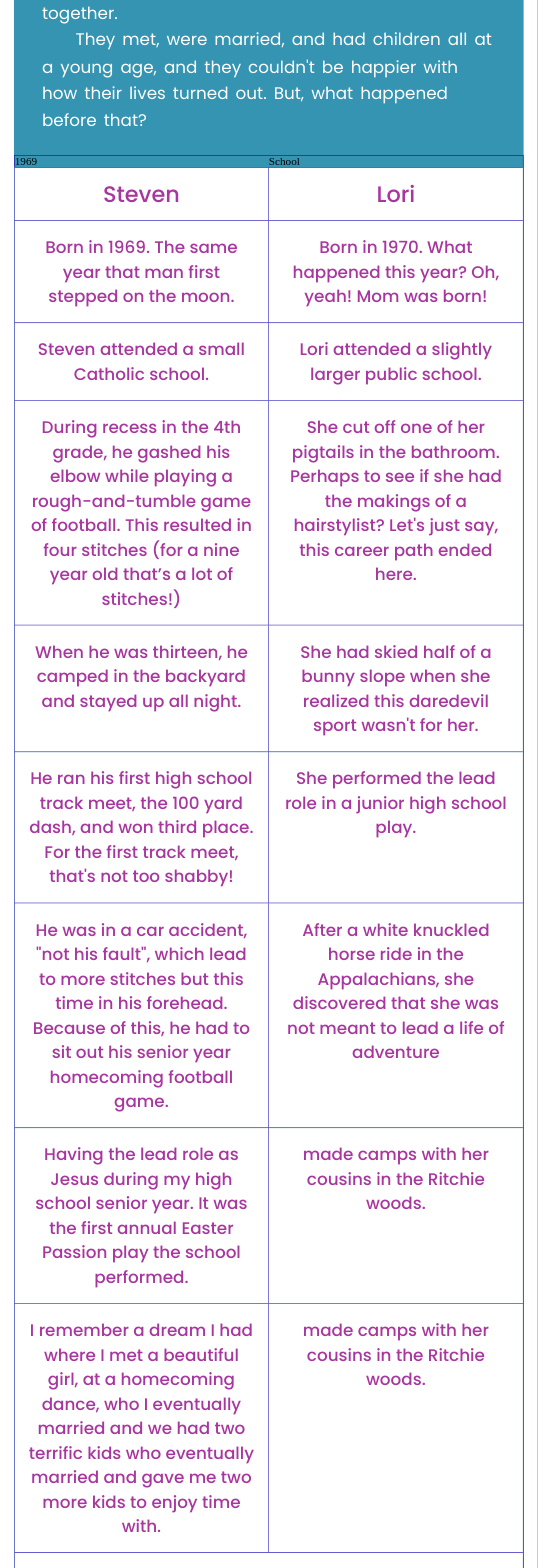
Repository: Sbethm/parents-tribute
Page: timeline.html
An editor plug-in stored every save of this project. The page is shown before and after the next save, followed by the edit.
The browser window is 768 px wide. The pictures show the part of the page from y = 441 to 2681 px (the page is 4001 px tall before and 2387 px after), at 70% of full size.

Above is the page before, as saved 2021-02-24 13:12:56.

### timeline.html
<!DOCTYPE html>
<html>
    <head>
      <meta charset="UTF-8">
      <title>Before They Met</title>
      <meta name="description" content="A choose your own story adventure game">
      <meta name="viewport" content="width=device-width, initial-scale=1.0">
      <link rel="preconnect" href="https://fonts.gstatic.com">
      <link href="https://fonts.googleapis.com/css2?family=Poppins:ital,wght@0,400;0,500;0,600;0,700;0,800;0,900;1,400;1,500;1,600;1,700;1,800;1,900&family=Sora:wght@400;500;600;700;800&display=swap" rel="stylesheet"> <!--
        This is used for headings:
        font-family: 'Sora', sans-serif;
        This is used for content:
        font-family: 'Poppins', sans-serif;-->
      <link href="style.css" type="text/css" rel="stylesheet">
    </head>

    <body>
      <header>
        <h1>Meet the Parents</h1>
        <nav class="navigation">
          <a href="timeline.html">Before They Met</a>
          <a class= "a--border" href="index.html">Meet the Parents</a>
          <a href="lesson.html">The Lesson</a>
          </nav>
      </header>
      <main>
        <h2>Before They Met</h2>
        <p class="p--first">My parents were married at a young age. So, many of the stories they share are about their lives together.</p>
        <p class="p--last">They met, were married, and had children all at a young age, and they couldn't be happier with how their lives turned out. But, what happened before that?</p>
        <div class="grid--timeline">
            <div class="grid__box--timeline dad">Steven</div>
            <div class="grid__box--timeline mom">Lori</div>
            <!---------Dad's Grid Boxes---------->
            <div class="grid__box--timeline f-1">Born in 1969. The same year that man  first stepped on the moon.</div>
            <div class="grid__box--timeline f-2">Steven attended a small Catholic school.</div>
            <div class="grid__box--timeline f-3">During recess in the 4th grade, he gashed his elbow while playing a rough-and-tumble game of football. This resulted in four stitches (for a nine year old that’s a lot of stitches!)</div>
            <div class="grid__box--timeline f-4">When he was thirteen, he camped in the backyard and stayed up all night.</div>
            <div class="grid__box--timeline f-5">He ran his first high school track meet, the 100 yard dash, and won third place. For the first track meet, that's not too shabby!</div>
            <div class="grid__box--timeline f-6">He was in a car accident, "not his fault", which lead to more stitches but this time in his forehead. Because of this, he had to sit out his senior year homecoming football game.</div>
            <div class="grid__box--timeline f-7">Having the lead role as Jesus during my high school senior year. It was the first annual Easter Passion play the school performed.</div>
            <div class="grid__box--timeline f-8">I remember a dream I had where I met a beautiful girl, at a homecoming dance, who I eventually married and we had two terrific kids who eventually married and gave me two more kids to enjoy time with.</div>
            <!---------Dad's Grid Box Covers----->
            <div class="cover__left f-1__cover">1969</div>
            <div class="cover__left  f-2__cover">School</div>
            <div class="cover__left  f-3__cover"></div>
            <div class="cover__left  f-4__cover"></div>
            <div class="cover__left  f-5__cover"></div>
            <div class="cover__left  f-6__cover"></div>
            <div class="cover__left  f-7__cover"></div>
            <div class="cover__left  f-8__cover"></div>
            <!---------Mom's Grid Boxes---------->
            <div class="grid__box--timeline m-1">Born in 1970. What happened this year? Oh, yeah! Mom was born!</div>
            <div class="grid__box--timeline m-2">Lori attended a slightly larger public school.</div>
            <div class="grid__box--timeline m-3">She cut off one of her pigtails in the bathroom. Perhaps to see if she had the makings of a hairstylist? Let's just say, this career path ended here.</div>
            <div class="grid__box--timeline m-4">She had skied half of a bunny slope when she realized this daredevil sport wasn't for her.</div>
            <div class="grid__box--timeline m-5">She performed the lead role in a junior high school play.</div>
            <div class="grid__box--timeline m-6">After a white knuckled horse ride in the Appalachians, she discovered that she was not meant to lead a life of adventure</div>
            <div class="grid__box--timeline m-7">made camps with her cousins in the Ritchie woods.</div>
            <div class="grid__box--timeline m-8">made camps with her cousins in the Ritchie woods.</div>
            <!---------Mom's Grid Box Covers----->
            <div class="cover__right m-1__cover"></div>
            <div class="cover__right m-2__cover"></div>
            <div class="cover__right m-3__cover"></div>
            <div class="cover__right m-4__cover"></div>
            <div class="cover__right m-5__cover"></div>
            <div class="cover__right m-6__cover"></div>
            <div class="cover__right m-7__cover"></div>
            <div class="cover__right m-8__cover"></div>
            <!--------After They Met Boxes------->
            <div class="grid__box--timeline fm-1">Met in ____ when Steven was 21 and Lori was 19 years old.</div>
            <div class="grid__box--timeline fm-2">At the age of 21, Lori gave birth to Sarah (me!).</div>
            <div class="grid__box--timeline fm-3">One year later (obviously not satisfied with their first child) Lori and Steven had their second child, a son named John.</div>
        </div>
        <section>
          <img class="img-hiking"src="img/hiking.jpg" alt="Mom and dad enjoying a hike.">
          <p class="p--last">They met, were married, and had children all at a young age, and they couldn't be happier with how their lives turned out. But, what happened before that?</p>
        </section>
      </main>
      <footer>
        <img class="icon" src="img/profile_icon.png" alt="profile icon">
        Sarah Moosa
        <br><br>
        <img class="icon" src="img/home_icon.png" alt="home icon">
        Meet the Parents
      </footer>
    </body>

</html>

### style.css
/*
html5doctor.com Reset Stylesheet
v1.6.1
Last Updated: 2010-09-17
Author: Richard Clark - http://richclarkdesign.com
Twitter: @rich_clark
*/

html, body, div, span, object, iframe,
h1, h2, h3, h4, h5, h6, p, blockquote, pre,
abbr, address, cite, code,
del, dfn, em, img, ins, kbd, q, samp,
small, strong, sub, sup, var,
b, i,
dl, dt, dd, ol, ul, li,
fieldset, form, label, legend,
table, caption, tbody, tfoot, thead, tr, th, td,
article, aside, canvas, details, figcaption, figure,
footer, header, hgroup, menu, nav, section, summary,
time, mark, audio, video {
    margin:0;
    padding:0;
    border:0;
    outline:0;
    font-size:100%;
    vertical-align:baseline;
    background:transparent;
}

body {
    line-height:1;
}

article,aside,details,figcaption,figure,
footer,header,hgroup,menu,nav,section {
    display:block;
}

nav ul {
    list-style:none;
}

blockquote, q {
    quotes:none;
}

blockquote:before, blockquote:after,
q:before, q:after {
    content:'';
    content:none;
}

a {
    margin:0;
    padding:0;
    font-size:100%;
    vertical-align:baseline;
    background:transparent;
}

/* change colours to suit your needs */
ins {
    background-color:#ff9;
    color:#000;
    text-decoration:none;
}

/* change colours to suit your needs */
mark {
    background-color:#ff9;
    color:#000;
    font-style:italic;
    font-weight:bold;
}

del {
    text-decoration: line-through;
}

abbr[title], dfn[title] {
    border-bottom:1px dotted;
    cursor:help;
}

table {
    border-collapse:collapse;
    border-spacing:0;
}

/* change border colour to suit your needs */
hr {
    display:block;
    height:1px;
    border:0;
    border-top:1px solid #cccccc;
    margin:1em 0;
    padding:0;
}

input, select {
    vertical-align:middle;
}

/* MY CODE BELOW */

body {
    width: 100vw;
    position: absolute;
}

main {
    width: calc(100vw - 40px);
    height: 100%;
    margin: 20px 20px;
    background-color: rgb(53, 148, 177);
}

header {
    width: 100vw;
    padding-top: 40px;
    background-color: rgb(255, 255, 255);
    display: flex;
    flex-direction: column;
    justify-content: center;
}

h1 {
    width: 100%;
    font-family: 'Sora', sans-serif;
    color: rgb(53, 148, 177);
    font-size: 3em;
    font-weight: 700;
    text-align: center;
    padding-bottom: 30px;
}

.navigation {
    max-width: 100vw;
    background-color: rgb(126, 66, 121);
    text-align: center;
    display: grid;
    grid-template-columns: repeat(3, 1fr);
    grid-template-areas:
      " time meet lesson";
}

.time {
    grid-area: time;
}

.meet {
    grid-area: meet;
}

.lesson {
    grid-area: lesson;
}

a {
    padding: 20px 7px;
    background-color: rgb(168, 54, 159);
    font-family: 'Poppins', sans-serif;
    font-size: 1em;
    font-weight: 400;
    color: rgb(255, 255, 255);
    text-decoration: none;
}

.a--border {
    border-left: solid 2px rgb(182, 97, 173);
    border-right: solid 2px rgb(182, 97, 173);
}

a:hover {
    background-color: rgb(97, 49, 92);
}

section {
    width: 100%;
}

h2 {
    max-width: 100%;
    padding: 20px 20px 10px 20px;
    font-family: 'Sora', sans-serif;
    font-size: 1.5em;
    font-weight: 600;
    text-align: center;
    color: rgb(255, 255, 255);
}


.img-sitting,
.img-hiking,
.disney-adventure__img {
    max-width: 100%;
    height: auto;
    justify-content: center;
    align-content: center;
}

.p--first,
.p--inner,
.p--last {
    font-family: 'Poppins', sans-serif;
    font-size: 1em;
    text-indent: 2em;
    line-height: 1.5em;
    word-spacing: 0.1em;
    color: rgb(255, 255, 255);
}

.p--first {
    padding: 10px 20px 0px 20px;
}

.p--inner {
    padding: 0px 20px 0px 20px;
}

.p--last {
    padding: 0px 20px 10px 20px;
}

footer {
    width: calc(100vw - 42px);
    height: 100px;
    padding: 40px 20px 0 20px;
    position: relative;
    bottom: 0;
    font-family: 'Poppins', sans-serif;
    font-size: 1em;
    font-weight: 500;
    border: solid 1px rgb(182, 97, 173);
}

.icon {
    width: 20px;
    height: auto;
}
/*MEET THE PARENTS CODE PHONE*/

.img-sitting {
    margin: 10px 0;
}

/*TIMELINE CODE PHONE*/

.grid--timeline {
    display: grid;
    margin: 10px 0;
    border: solid 1px rgb(40, 23, 187);
    grid-template-columns: 1fr 1fr;
    grid-template-rows: repeat(13, fit-content);
    grid-template-areas:
        "tl tl"
        "dad mom"
        "f-1 m-1"
        "f-2 m-2"
        "f-3 m-3"
        "f-4 m-4"
        "f-5 m-5"
        "f-6 m-6"
        "f-7 m-7"
        "f-8 m-8"
        "fm-1 fm-1"
        "fm-2 fm-2"
        "fm-3 fm-3";
}

.grid__box--timeline {
    background-color: rgb(255, 255, 255);
    padding: 10px 7px;
    color: rgb(168, 54, 159);
    text-align: center;
    font-family: 'Poppins', sans-serif;
    font-weight: 500;
    font-size: 1em;
}

.dad {
    grid-area: dad;
    border-top: solid 1px rgb(40, 23, 187);
    border-bottom: solid 1px rgb(40, 23, 187);
    border-right: solid 1px rgb(40, 23, 187);
}

.mom {
    grid-area: mom;
    border-top: solid 1px rgb(40, 23, 187);
    border-bottom: solid 1px rgb(40, 23, 187);
}

.f-1 {
    grid-area: f-1;
    border-bottom: solid 1px rgb(40, 23, 187);
    border-right: solid 1px rgb(40, 23, 187);
}

.f-2 {
    grid-area: f-2;
    border-bottom: solid 1px rgb(40, 23, 187);
    border-right: solid 1px rgb(40, 23, 187);
}

.f-3 {
    grid-area: f-3;
    border-bottom: solid 1px rgb(40, 23, 187);
    border-right: solid 1px rgb(40, 23, 187);
}

.f-4 {
    grid-area: f-4;
    border-bottom: solid 1px rgb(40, 23, 187);
    border-right: solid 1px rgb(40, 23, 187);
}

.f-5 {
    grid-area: f-5;
    border-bottom: solid 1px rgb(40, 23, 187);
    border-right: solid 1px rgb(40, 23, 187);
}

.f-6 {
    grid-area: f-6;
    border-bottom: solid 1px rgb(40, 23, 187);
    border-right: solid 1px rgb(40, 23, 187);
}

.f-7 {
    grid-area: f-7;
    border-bottom: solid 1px rgb(40, 23, 187);
    border-right: solid 1px rgb(40, 23, 187);
}

.f-8 {
    grid-area: f-8;
    border-bottom: solid 1px rgb(40, 23, 187);
    border-right: solid 1px rgb(40, 23, 187);
}

.cover {
    display: none;
}

.cover:hover {
    color: rgb(245, 245, 245, 0);
    background-color: rgb(65, 175, 209, 0);
    animation-name: fade;
    animation-duration: 1s;
}

.m-1 {
    grid-area: m-1;
    border-bottom: solid 1px rgb(40, 23, 187);
}

.m-2 {
    grid-area: m-2;
    border-bottom: solid 1px rgb(40, 23, 187);
}

.m-3 {
    grid-area: m-3;
    border-bottom: solid 1px rgb(40, 23, 187);
}

.m-4 {
    grid-area: m-4;
    border-bottom: solid 1px rgb(40, 23, 187);
}

.m-5 {
    grid-area: m-5;
    border-bottom: solid 1px rgb(40, 23, 187);
}

.m-6 {
    grid-area: m-6;
    border-bottom: solid 1px rgb(40, 23, 187);
}

.m-7 {
    grid-area: m-7;
    border-bottom: solid 1px rgb(40, 23, 187);
}

.m-8 {
    grid-area: m-8;
    border-bottom: solid 1px rgb(40, 23, 187);
}

.fm-1 {
    grid-area: fm-1;
    border-bottom: solid 1px rgb(40, 23, 187);
}

.fm-2 {
    grid-area: fm-2;
    border-bottom: solid 1px rgb(40, 23, 187);
}

.fm-3 {
    grid-area: fm-3;
    border-bottom: solid 1px rgb(40, 23, 187);
}

.img-hiking {
    margin-bottom: 10px;
}

/*LESSON LEARNED CODE PHONE*/

.disney-adventure__img {
    margin: 20px 0;
}


/*iPAD*/ @media screen and (min-width: 700px) and (max-width: 899px) {

    header {
        padding-top: 60px;
    }

    h1 {
        font-size: 3.5em;
        padding-bottom: 50px;
    }

    main {
        padding: 20px 0;
        margin: 0 20px;
        width: calc(100vw - 40px);
        background-color: rgb(53, 148, 177);
        border-top: none;
    }

    a {
        padding: 20px 40px;
        font-size: 1.5em;
    }

    .a--border {
        padding: 20px 60px;
    }

    h2 {
        font-size: 2.5em;

    }

    .p--first,
    .p--inner,
    .p--last {
        font-size: 1.5em;
        text-indent: 2em;
        line-height: 1.6em;
        word-spacing: 0.15em;
    }

    .p--first {
        padding: 20px 40px 0px 40px;
    }

    .p--inner {
        padding: 0px 40px 0px 40px;
    }

    .p--last {
        padding: 0px 40px 20px 40px;
    }

    section {
        background-color: rgb(40, 23, 187, 0);
        border: none;
    }

    .grid--section {
        max-width: calc(100vw - 40px);
        display: grid;
        grid-template-columns: 50% 50%;
        grid-template-rows: 100px 200px 200px;
        grid-template-areas:
            "title title"
            "picture p1"
            "picture p2";
    }

    section h2 {
        grid-area: title;
        align-self: center;
        justify-self: center;
    }

    .img-sitting {
        max-height: 360px;
        margin-bottom: 20px;
        border: solid 1px rgb(40, 23, 187);
        border-left: none;
        grid-area: picture;
        justify-self: center;
        align-self: center;
    }

    .p1 {
        align-self: flex-start;
        grid-area: p1;
        padding-left: 40px;
        padding-right: 20px;
    }

    .p2 {
        align-self: flex-end;
        grid-area: p2;
        padding: 0 20px 30px 40px;
    }

   footer {
        width: calc(100vw - 42px);
        height: 200px;
        font-size: 1em;
        font-weight: 500;

    }

    .icon {
        width: 40px;
        height: auto;
    }

/*TIMELINE CODE iPAD*/

    .grid__box--timeline{
        padding: 20px;
        font-size: 1.5em;
        line-height: 35px;
    }

    .title {
        font-size: 2.5em;
        color: rgb(255, 255, 255);
        background-color: rgb(53, 148, 177);
    }

    .dad,
    .mom {
        font-size: 2em;
    }

    .img-hiking {
        border: solid 1px rgb(40, 23, 187);
    }



/*LESSON LEARNED CODE iPAD*/

}

/*COMPUTER*/@media screen and (min-width: 900px) and (max-width: 2000px) {

    header {
        padding-top: 80px;
    }

    h1 {
        font-size: 4em;
        padding-bottom: 70px;
    }

    main {
        max-width: calc(100vw - 160px);
        padding-top: 20px;
        margin: 0 80px;
        border-top: none;
    }

    nav {
        width: calc(100vw - 160px);
        margin: 0 80px;
        background-color: rgb(126, 66, 121);
        text-align: center;
        display: grid;
        grid-template-columns: repeat(3, 3px);
        grid-template-areas:
          " time meet lesson";
    }

    a {
        font-size: 1.25em;
    }

    h2 {
        font-size: 2em;
        padding: 20px;
    }

    .p--first,
    .p--inner,
    .p--last {
        font-size: 1.25em;
        text-indent: 2em;
        line-height: 1.5em;
        word-spacing: 0.1em;
    }

    .p--first {
        padding: 20px 60px 0px 60px;
    }

    .p--inner {
        padding: 0px 60px 0px 60px;
    }

    .p--last {
        padding: 0px 60px 20px 60px;
    }

    .grid--section {
        display: grid;
        padding-bottom: 40px;
        grid-template-columns: auto;
        grid-template-rows: 150px 420px 150px 150px;
        grid-template-areas:
            "title"
            "picture"
            "p1"
            "p2";
    }

    section h2 {
        align-self: center;
        justify-self: center;
    }

    .img-sitting {
        max-height: 400px;
        margin-bottom: 0px;
        border: double 3px rgb(255, 255, 255);
        justify-self: center;
        align-self: center;
    }

    .p1 {
        align-self: center;
        grid-area: p1;
        padding: 20px 40px;
    }

    .p2 {
        align-self: center;
        grid-area: p2;
        padding: 20px 40px;
    }

    footer {
        max-width: calc(100vw - 162px);
        margin: 0 80px;
    }

/*TIMELINE CODE COMPUTER*/

    .img-hiking {
    max-height: 400px;
    width: auto;
    border: double 3px rgb(255, 255, 255);
    display: block;
    margin: 50px auto ;
    }

    .grid__box--timeline{
        z-index: 1;
        padding: 20px;
        font-size: 1.5em;
        text-indent: 2em;
        line-height: 1.8em;
        word-spacing: 0.15em;
    }

    .grid--timeline {
        display: grid;
        margin: 0 auto;
        width: 1000px;
        box-shadow: 10px 10px 31px 0px rgba(0,0,0,0.75);
        -webkit-box-shadow: 10px 10px 31px 0px rgba(0,0,0,0.75);
        -moz-box-shadow: 10px 10px 31px 0px rgba(0,0,0,0.75);
        grid-template-columns: 1fr 1fr;
        grid-template-rows: repeat(13, fit-content);
        grid-template-areas:
            "tl tl"
            "dad mom"
            "f-1 m-1"
            "f-2 m-2"
            "f-3 m-3"
            "f-4 m-4"
            "f-5 m-5"
            "f-6 m-6"
            "f-7 m-7"
            "f-8 m-8"
            "fm-1 fm-1"
            "fm-2 fm-2"
            "fm-3 fm-3";
    }

    .grid__box--timeline {
    font-weight: 400;
    }

    .dad,
    .mom {
        font-size: 2em;
        font-weight: 500;
    }


.cover__left {
    z-index: 2;
    color:rgb(245, 245, 245);
    font-family: 'Poppins', sans-serif;
    text-align: center;
    font-size: 2em;
    background-color: rgb(53, 148, 177);
    border-top: double 3px rgb(40, 23, 187);
    border-right: solid 1px rgb(40, 23, 187);
    display: flex;
    justify-content: center;
    align-items: center;
}

.cover__right {
    z-index: 2;
    color:rgb(245, 245, 245);
    font-family: 'Poppins', sans-serif;
    text-align: center;
    font-size: 2em;
    background-color: rgb(53, 148, 177);
    border-top: double 3px rgb(40, 23, 187);

    display: flex;
    justify-content: center;
    align-items: center;

}

.cover__left:hover,
.cover__right:hover {
    animation-name: fade;
    animation-duration: 1s;
    animation-fill-mode: forwards;
}

@keyframes fade {
    0% {
        background-color: rgb(53, 148, 177);
    }
    100% {
        background-color: rgb(65, 175, 209, 0);
    }
}

.f-1__cover {
    grid-area: f-1;
}

.f-2__cover {
    grid-area: f-2;
}

.f-3__cover {
    grid-area: f-3;
}

.f-4__cover {
    grid-area: f-4;
}

.f-5__cover {
    grid-area: f-5;
}

.f-6__cover {
    grid-area: f-6;
}

.f-7__cover {
    grid-area: f-7;
}

.f-8__cover {
    grid-area: f-8;
}

.m-1__cover {
    grid-area: m-1;
}

.m-2__cover {
    grid-area: m-2;
}

.m-3__cover {
    grid-area: m-3;
}

.m-4__cover {
    grid-area: m-4;
}

.m-5__cover {
    grid-area: m-5;
}

.m-6__cover {
    grid-area: m-6;
}

.m-7__cover {
    grid-area: m-7;
}

.m-8__cover {
    grid-area: m-8;
}

.m-1 {
    border-left: solid 1px rgb(40, 23, 187);
}

.m-2 {
    border-left: solid 1px rgb(40, 23, 187);
}

.m-3 {
    border-left: solid 1px rgb(40, 23, 187);
}

.m-4 {
    border-left: solid 1px rgb(40, 23, 187);
}

.m-5 {
    border-left: solid 1px rgb(40, 23, 187);
}

.m-6 {
    border-left: solid 1px rgb(40, 23, 187);
}

.m-7 {
    border-left: solid 1px rgb(40, 23, 187);
}

.m-8 {
    border-left: solid 1px rgb(40, 23, 187);
}

    footer {
        width: calc(100vw - 42px);
        height: 200px;
        padding: 40px 20px 0 20px;
        position: relative;
        bottom: 0;
        font-family: 'Poppins', sans-serif;
        font-size: 1em;
        font-weight: 500;
        border: solid 1px rgb(40, 23, 187);
    }

    .icon {
        width: 40px;
        height: auto;
    }
/*LESSON LEARNED CODE iPAD*/

}

After the next save:
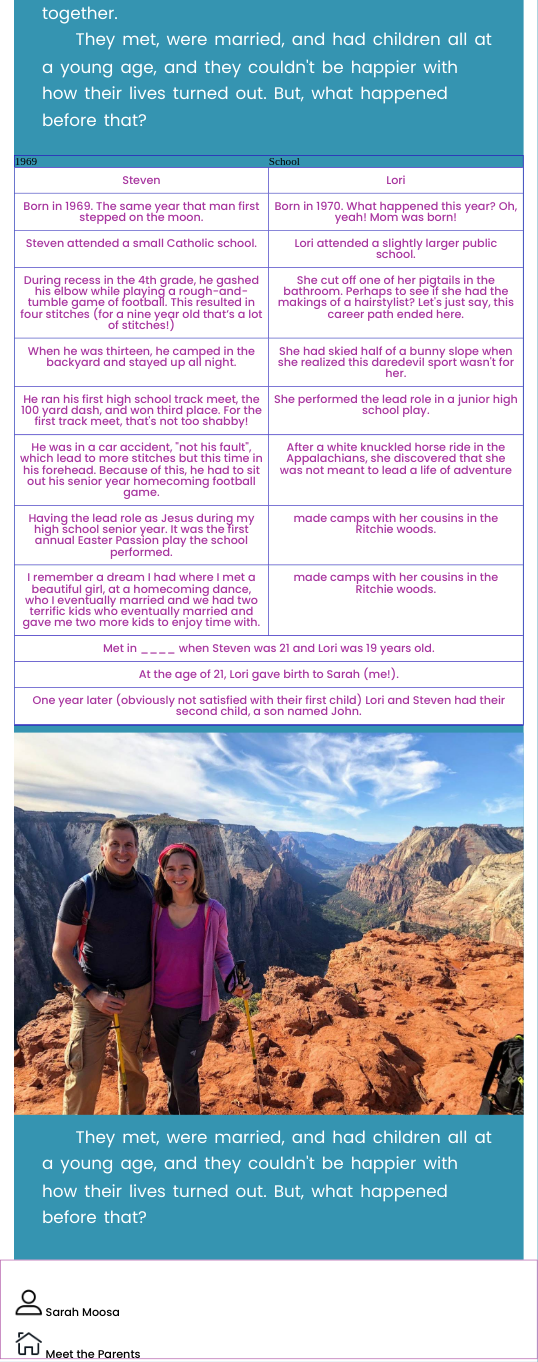
Saved 106 s later.
--- a/style.css
+++ b/style.css
@@ -515,7 +515,8 @@
         padding: 0 20px 30px 40px;
     }
 
-   footer {
+    footer {
+        {
         width: calc(100vw - 42px);
         height: 200px;
         font-size: 1em;

After the 2 saves that followed:
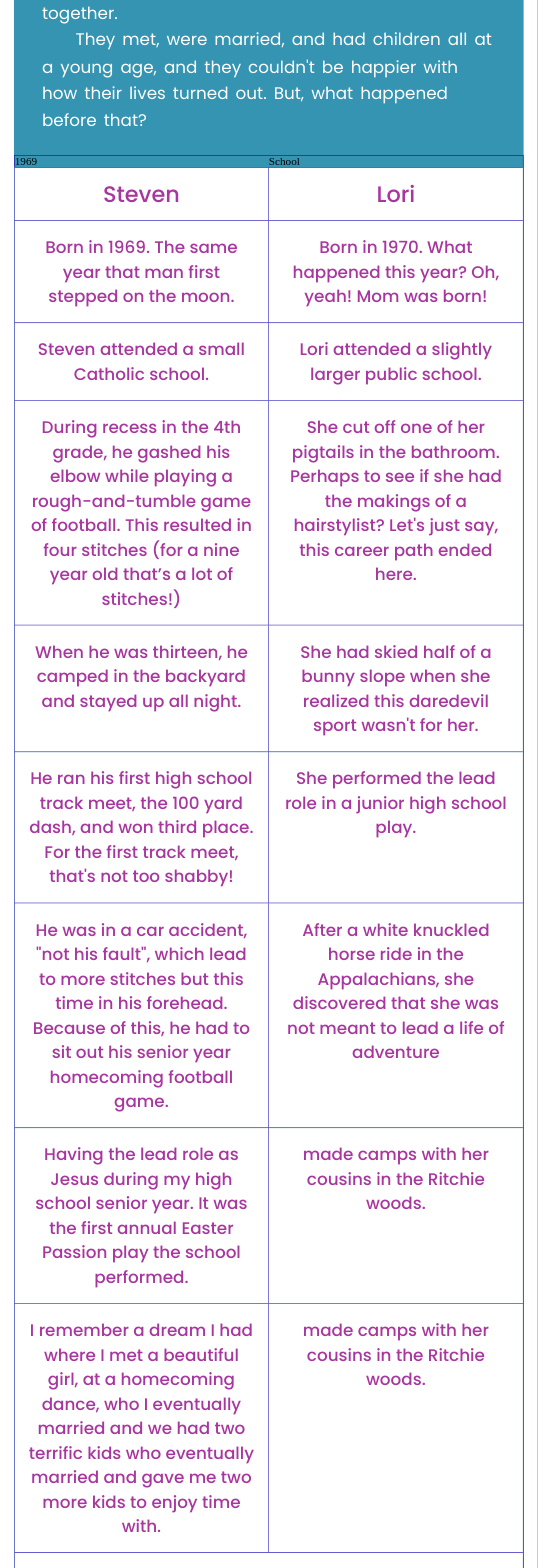
The 2 saves are shown as one change because they came seconds apart.
The last was saved 8 s later.
--- a/style.css
+++ b/style.css
@@ -516,12 +516,10 @@
     }
 
     footer {
-        {
         width: calc(100vw - 42px);
         height: 200px;
         font-size: 1em;
         font-weight: 500;
-
     }
 
     .icon {
